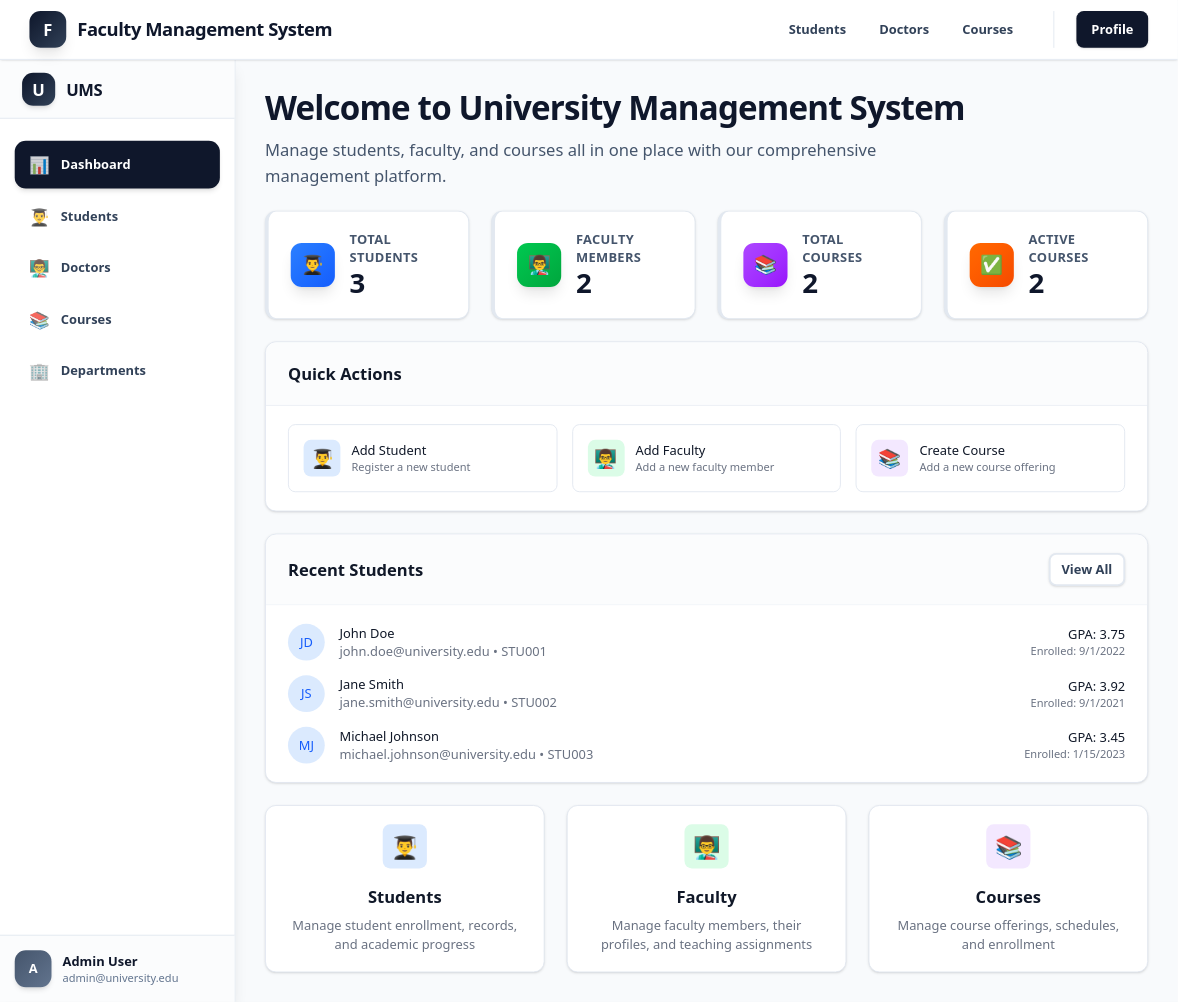
Repository: Mohamedmohsen179/Advanced-DB-Task
Page: / (app in frontend/)
These files come from the project's save history. The page is drawn as it stood at one moment and after the next save; the edit follows.
The browser window is 1280 px wide. The pictures show the whole page, at 92% of full size.
The page's requests for data from a server got no answer. The project was rebuilt for these pictures with package versions that can differ from the ones it lists, and the page was loaded fresh each time. The framework's server and built-in components were replaced by stand-ins that run in the browser. No one was signed in, and anything a server would have sent is missing. Also part of the build but not shown: frontend/next.config.ts.

Above is the page before, as saved 2025-11-28 19:49:20.

### frontend/app/layout.tsx
import type { Metadata } from "next";
import { Geist, Geist_Mono } from "next/font/google";
import "./globals.css";
import MainLayout from "../components/layout/MainLayout";

const geistSans = Geist({
  variable: "--font-geist-sans",
  subsets: ["latin"],
});

const geistMono = Geist_Mono({
  variable: "--font-geist-mono",
  subsets: ["latin"],
});

export const metadata: Metadata = {
  title: "University Management System",
  description: "A comprehensive university management system built with Next.js and TypeScript",
};

export default function RootLayout({
  children,
}: Readonly<{
  children: React.ReactNode;
}>) {
  return (
    <html lang="en">
      <body
        className={`${geistSans.variable} ${geistMono.variable} antialiased`}
      >
        <MainLayout>{children}</MainLayout>
      </body>
    </html>
  );
}

### frontend/app/page.tsx
'use client';

import { useState, useEffect } from 'react';
import Link from 'next/link';
import { Student, CourseWithSchedule } from '../types';
import { apiService } from '../services/api';
import { Card, CardContent, CardHeader } from '../components/ui/Card';
import Button from '../components/ui/Button';

export default function Home() {
  const [stats, setStats] = useState({
    studentsCount: 0,
    doctorsCount: 0,
    coursesCount: 0,
    activeCoursesCount: 0,
  });
  const [recentStudents, setRecentStudents] = useState<Student[]>([]);
  const [loading, setLoading] = useState(true);

  useEffect(() => {
    loadDashboardData();
  }, []);

  const loadDashboardData = async () => {
    try {
      setLoading(true);

      // Load all data in parallel
      const [studentsResponse, doctorsResponse, coursesResponse] = await Promise.all([
        apiService.getStudents(),
        apiService.getDoctors(),
        apiService.getCourses(),
      ]);

      if (studentsResponse.success && doctorsResponse.success && coursesResponse.success) {
        setStats({
          studentsCount: studentsResponse.data.length,
          doctorsCount: doctorsResponse.data.length,
          coursesCount: coursesResponse.data.length,
          activeCoursesCount: coursesResponse.data.filter((course: CourseWithSchedule) => course.status === 'active').length,
        });

        // Get recent students (last 3)
        setRecentStudents(studentsResponse.data.slice(0, 3));
      }
    } catch (err) {
      console.error('Error loading dashboard data:', err);
    } finally {
      setLoading(false);
    }
  };

  if (loading) {
    return (
      <div className="flex items-center justify-center py-12">
        <div className="animate-spin rounded-full h-8 w-8 border-b-2 border-blue-600"></div>
        <span className="ml-2 text-gray-600">Loading dashboard...</span>
      </div>
    );
  }

  return (
    <div className="space-y-6">
      {/* Welcome Header */}
      <div className="text-center lg:text-left">
        <h1 className="text-4xl font-bold text-slate-900 tracking-tight">Welcome to University Management System</h1>
        <p className="mt-3 text-lg text-slate-600 max-w-2xl">
          Manage students, faculty, and courses all in one place with our comprehensive management platform.
        </p>
      </div>

      {/* Stats Cards */}
      <div className="grid grid-cols-1 md:grid-cols-2 lg:grid-cols-4 gap-6">
        <Card className="hover:shadow-lg transition-all duration-300 border-l-4 border-l-blue-500">
          <CardContent className="p-6">
            <div className="flex items-center">
              <div className="flex-shrink-0">
                <div className="w-12 h-12 bg-gradient-to-br from-blue-500 to-blue-600 rounded-xl flex items-center justify-center shadow-lg">
                  <span className="text-white text-xl">👨‍🎓</span>
                </div>
              </div>
              <div className="ml-4">
                <p className="text-sm font-semibold text-slate-600 uppercase tracking-wide">Total Students</p>
                <p className="text-3xl font-bold text-slate-900">{stats.studentsCount}</p>
              </div>
            </div>
          </CardContent>
        </Card>

        <Card className="hover:shadow-lg transition-all duration-300 border-l-4 border-l-green-500">
          <CardContent className="p-6">
            <div className="flex items-center">
              <div className="flex-shrink-0">
                <div className="w-12 h-12 bg-gradient-to-br from-green-500 to-green-600 rounded-xl flex items-center justify-center shadow-lg">
                  <span className="text-white text-xl">👨‍🏫</span>
                </div>
              </div>
              <div className="ml-4">
                <p className="text-sm font-semibold text-slate-600 uppercase tracking-wide">Faculty Members</p>
                <p className="text-3xl font-bold text-slate-900">{stats.doctorsCount}</p>
              </div>
            </div>
          </CardContent>
        </Card>

        <Card className="hover:shadow-lg transition-all duration-300 border-l-4 border-l-purple-500">
          <CardContent className="p-6">
            <div className="flex items-center">
              <div className="flex-shrink-0">
                <div className="w-12 h-12 bg-gradient-to-br from-purple-500 to-purple-600 rounded-xl flex items-center justify-center shadow-lg">
                  <span className="text-white text-xl">📚</span>
                </div>
              </div>
              <div className="ml-4">
                <p className="text-sm font-semibold text-slate-600 uppercase tracking-wide">Total Courses</p>
                <p className="text-3xl font-bold text-slate-900">{stats.coursesCount}</p>
              </div>
            </div>
          </CardContent>
        </Card>

        <Card className="hover:shadow-lg transition-all duration-300 border-l-4 border-l-orange-500">
          <CardContent className="p-6">
            <div className="flex items-center">
              <div className="flex-shrink-0">
                <div className="w-12 h-12 bg-gradient-to-br from-orange-500 to-orange-600 rounded-xl flex items-center justify-center shadow-lg">
                  <span className="text-white text-xl">✅</span>
                </div>
              </div>
              <div className="ml-4">
                <p className="text-sm font-semibold text-slate-600 uppercase tracking-wide">Active Courses</p>
                <p className="text-3xl font-bold text-slate-900">{stats.activeCoursesCount}</p>
              </div>
            </div>
          </CardContent>
        </Card>
      </div>

      {/* Quick Actions */}
      <Card>
        <CardHeader>
          <h2 className="text-lg font-semibold text-gray-900">Quick Actions</h2>
        </CardHeader>
        <CardContent>
          <div className="grid grid-cols-1 md:grid-cols-3 gap-4">
            <Link href="/students/new">
              <div className="p-4 border border-gray-200 rounded-lg hover:bg-gray-50 transition-colors cursor-pointer">
                <div className="flex items-center">
                  <div className="w-10 h-10 bg-blue-100 rounded-lg flex items-center justify-center">
                    <span className="text-blue-600 text-xl">👨‍🎓</span>
                  </div>
                  <div className="ml-3">
                    <h3 className="text-sm font-medium text-gray-900">Add Student</h3>
                    <p className="text-xs text-gray-500">Register a new student</p>
                  </div>
                </div>
              </div>
            </Link>

            <Link href="/doctors/new">
              <div className="p-4 border border-gray-200 rounded-lg hover:bg-gray-50 transition-colors cursor-pointer">
                <div className="flex items-center">
                  <div className="w-10 h-10 bg-green-100 rounded-lg flex items-center justify-center">
                    <span className="text-green-600 text-xl">👨‍🏫</span>
                  </div>
                  <div className="ml-3">
                    <h3 className="text-sm font-medium text-gray-900">Add Faculty</h3>
                    <p className="text-xs text-gray-500">Add a new faculty member</p>
                  </div>
                </div>
              </div>
            </Link>

            <Link href="/courses/new">
              <div className="p-4 border border-gray-200 rounded-lg hover:bg-gray-50 transition-colors cursor-pointer">
                <div className="flex items-center">
                  <div className="w-10 h-10 bg-purple-100 rounded-lg flex items-center justify-center">
                    <span className="text-purple-600 text-xl">📚</span>
                  </div>
                  <div className="ml-3">
                    <h3 className="text-sm font-medium text-gray-900">Create Course</h3>
                    <p className="text-xs text-gray-500">Add a new course offering</p>
                  </div>
                </div>
              </div>
            </Link>
          </div>
        </CardContent>
      </Card>

      {/* Recent Students */}
      {recentStudents.length > 0 && (
        <Card>
          <CardHeader>
            <div className="flex items-center justify-between">
              <h2 className="text-lg font-semibold text-gray-900">Recent Students</h2>
              <Link href="/students">
                <Button variant="outline" size="sm">View All</Button>
              </Link>
            </div>
          </CardHeader>
          <CardContent>
            <div className="space-y-4">
              {recentStudents.map((student) => (
                <div key={student.id} className="flex items-center justify-between">
                  <div className="flex items-center">
                    <div className="flex-shrink-0 h-10 w-10">
                      <div className="h-10 w-10 rounded-full bg-blue-100 flex items-center justify-center">
                        <span className="text-blue-600 font-medium text-sm">
                          {student.firstName.charAt(0)}{student.lastName.charAt(0)}
                        </span>
                      </div>
                    </div>
                    <div className="ml-4">
                      <div className="text-sm font-medium text-gray-900">
                        {student.firstName} {student.lastName}
                      </div>
                      <div className="text-sm text-gray-500">
                        {student.email} • {student.studentId}
                      </div>
                    </div>
                  </div>
                  <div className="text-right">
                    <div className="text-sm text-gray-900">
                      {student.gpa ? `GPA: ${student.gpa.toFixed(2)}` : 'No GPA'}
                    </div>
                    <div className="text-xs text-gray-500">
                      Enrolled: {new Date(student.enrollmentDate).toLocaleDateString()}
                    </div>
                  </div>
                </div>
              ))}
            </div>
          </CardContent>
        </Card>
      )}

      {/* Navigation Cards */}
      <div className="grid grid-cols-1 md:grid-cols-3 gap-6">
        <Link href="/students">
          <Card className="hover:shadow-md transition-shadow cursor-pointer">
            <CardContent className="p-6 text-center">
              <div className="w-12 h-12 bg-blue-100 rounded-lg flex items-center justify-center mx-auto mb-4">
                <span className="text-blue-600 text-2xl">👨‍🎓</span>
              </div>
              <h3 className="text-lg font-semibold text-gray-900 mb-2">Students</h3>
              <p className="text-sm text-gray-500">
                Manage student enrollment, records, and academic progress
              </p>
            </CardContent>
          </Card>
        </Link>

        <Link href="/doctors">
          <Card className="hover:shadow-md transition-shadow cursor-pointer">
            <CardContent className="p-6 text-center">
              <div className="w-12 h-12 bg-green-100 rounded-lg flex items-center justify-center mx-auto mb-4">
                <span className="text-green-600 text-2xl">👨‍🏫</span>
              </div>
              <h3 className="text-lg font-semibold text-gray-900 mb-2">Faculty</h3>
              <p className="text-sm text-gray-500">
                Manage faculty members, their profiles, and teaching assignments
              </p>
            </CardContent>
          </Card>
        </Link>

        <Link href="/courses">
          <Card className="hover:shadow-md transition-shadow cursor-pointer">
            <CardContent className="p-6 text-center">
              <div className="w-12 h-12 bg-purple-100 rounded-lg flex items-center justify-center mx-auto mb-4">
                <span className="text-purple-600 text-2xl">📚</span>
              </div>
              <h3 className="text-lg font-semibold text-gray-900 mb-2">Courses</h3>
              <p className="text-sm text-gray-500">
                Manage course offerings, schedules, and enrollment
              </p>
            </CardContent>
          </Card>
        </Link>
      </div>
    </div>
  );
}

### frontend/app/globals.css
@import "tailwindcss";

:root {
  --background: #fafafa;
  --foreground: #0f172a;
  --primary: #2563eb;
  --primary-foreground: #ffffff;
  --secondary: #f1f5f9;
  --secondary-foreground: #334155;
  --muted: #f8fafc;
  --muted-foreground: #64748b;
  --accent: #f1f5f9;
  --accent-foreground: #0f172a;
  --border: #e2e8f0;
  --input: #ffffff;
  --ring: #2563eb;
  --radius: 0.5rem;
}

@theme inline {
  --color-background: var(--background);
  --color-foreground: var(--foreground);
  --font-sans: var(--font-geist-sans);
  --font-mono: var(--font-geist-mono);
}

@media (prefers-color-scheme: dark) {
  :root {
    --background: #020617;
    --foreground: #f8fafc;
    --primary: #3b82f6;
    --primary-foreground: #f8fafc;
    --secondary: #1e293b;
    --secondary-foreground: #f8fafc;
    --muted: #1e293b;
    --muted-foreground: #94a3b8;
    --accent: #1e293b;
    --accent-foreground: #f8fafc;
    --border: #334155;
    --input: #1e293b;
    --ring: #3b82f6;
  }
}

* {
  border-color: var(--border);
}

body {
  background: var(--background);
  color: var(--foreground);
  font-family: var(--font-sans), system-ui, -apple-system, sans-serif;
  line-height: 1.6;
  -webkit-font-smoothing: antialiased;
  -moz-osx-font-smoothing: grayscale;
}

/* Professional scrollbar */
::-webkit-scrollbar {
  width: 8px;
  height: 8px;
}

::-webkit-scrollbar-track {
  background: var(--muted);
}

::-webkit-scrollbar-thumb {
  background: var(--muted-foreground);
  border-radius: 4px;
}

::-webkit-scrollbar-thumb:hover {
  background: var(--foreground);
}

/* Focus styles */
.focus-visible {
  outline: 2px solid var(--ring);
  outline-offset: 2px;
}

/* Professional shadows */
.shadow-professional {
  box-shadow: 0 1px 3px 0 rgb(0 0 0 / 0.1), 0 1px 2px -1px rgb(0 0 0 / 0.1);
}

.shadow-professional-lg {
  box-shadow: 0 10px 15px -3px rgb(0 0 0 / 0.1), 0 4px 6px -4px rgb(0 0 0 / 0.1);
}

### frontend/components/layout/MainLayout.tsx
'use client';

import { useState } from 'react';
import Navbar from './Navbar';
import Sidebar from './Sidebar';

interface MainLayoutProps {
  children: React.ReactNode;
}

export default function MainLayout({ children }: MainLayoutProps) {
  const [sidebarOpen, setSidebarOpen] = useState(false);

  return (
    <div className="min-h-screen bg-slate-50">
      {/* Navbar */}
      <Navbar />

      <div className="flex">
        {/* Sidebar */}
        <Sidebar
          isOpen={sidebarOpen}
          onClose={() => setSidebarOpen(false)}
        />

        {/* Main Content */}
        <div className="flex-1 lg:ml-0">
          {/* Mobile sidebar toggle */}
          <div className="lg:hidden">
            <button
              onClick={() => setSidebarOpen(true)}
              className="fixed top-20 left-4 z-10 bg-white p-3 rounded-xl shadow-professional border border-slate-200 hover:shadow-professional-lg transition-all duration-200"
            >
              <svg className="w-5 h-5 text-slate-600" fill="none" stroke="currentColor" viewBox="0 0 24 24">
                <path strokeLinecap="round" strokeLinejoin="round" strokeWidth={2} d="M4 6h16M4 12h16M4 18h16" />
              </svg>
            </button>
          </div>

          {/* Page Content */}
          <main className="p-6 lg:p-8">
            <div className="max-w-7xl mx-auto">
              {children}
            </div>
          </main>
        </div>
      </div>
    </div>
  );
}

### frontend/components/ui/Card.tsx
import { HTMLAttributes, forwardRef } from 'react';

interface CardProps extends HTMLAttributes<HTMLDivElement> {
  children: React.ReactNode;
}

const Card = forwardRef<HTMLDivElement, CardProps>(
  ({ className = '', children, ...props }, ref) => {
    return (
      <div
        ref={ref}
        className={`bg-white rounded-xl border border-slate-200 shadow-professional hover:shadow-professional-lg transition-shadow duration-200 ${className}`}
        {...props}
      >
        {children}
      </div>
    );
  }
);

Card.displayName = 'Card';

interface CardHeaderProps extends HTMLAttributes<HTMLDivElement> {
  children: React.ReactNode;
}

const CardHeader = forwardRef<HTMLDivElement, CardHeaderProps>(
  ({ className = '', children, ...props }, ref) => {
    return (
      <div
        ref={ref}
        className={`px-6 py-5 border-b border-slate-200 bg-slate-50/50 rounded-t-xl ${className}`}
        {...props}
      >
        {children}
      </div>
    );
  }
);

CardHeader.displayName = 'CardHeader';

interface CardContentProps extends HTMLAttributes<HTMLDivElement> {
  children: React.ReactNode;
}

const CardContent = forwardRef<HTMLDivElement, CardContentProps>(
  ({ className = '', children, ...props }, ref) => {
    return (
      <div
        ref={ref}
        className={`px-6 py-5 ${className}`}
        {...props}
      >
        {children}
      </div>
    );
  }
);

CardContent.displayName = 'CardContent';

interface CardFooterProps extends HTMLAttributes<HTMLDivElement> {
  children: React.ReactNode;
}

const CardFooter = forwardRef<HTMLDivElement, CardFooterProps>(
  ({ className = '', children, ...props }, ref) => {
    return (
      <div
        ref={ref}
        className={`px-6 py-5 border-t border-slate-200 bg-slate-50 rounded-b-xl ${className}`}
        {...props}
      >
        {children}
      </div>
    );
  }
);

CardFooter.displayName = 'CardFooter';

export { Card, CardHeader, CardContent, CardFooter };

### frontend/components/ui/Button.tsx
import { ButtonHTMLAttributes, forwardRef } from 'react';

interface ButtonProps extends ButtonHTMLAttributes<HTMLButtonElement> {
  variant?: 'primary' | 'secondary' | 'danger' | 'outline';
  size?: 'sm' | 'md' | 'lg';
  loading?: boolean;
}

const Button = forwardRef<HTMLButtonElement, ButtonProps>(
  ({ className = '', variant = 'primary', size = 'md', loading = false, children, disabled, ...props }, ref) => {
    const baseClasses = 'inline-flex items-center justify-center font-semibold rounded-lg transition-all duration-200 focus:outline-none focus:ring-2 focus:ring-offset-2 disabled:opacity-50 disabled:cursor-not-allowed shadow-sm hover:shadow-md active:scale-[0.98]';

    const variantClasses = {
      primary: 'bg-slate-900 text-white hover:bg-slate-800 focus:ring-slate-500 border border-slate-900',
      secondary: 'bg-slate-100 text-slate-900 hover:bg-slate-200 focus:ring-slate-500 border border-slate-200',
      danger: 'bg-red-600 text-white hover:bg-red-700 focus:ring-red-500 border border-red-600',
      outline: 'border-2 border-slate-300 text-slate-700 bg-white hover:bg-slate-50 hover:border-slate-400 focus:ring-slate-500',
    };

    const sizeClasses = {
      sm: 'px-3 py-2 text-sm h-9',
      md: 'px-4 py-2.5 text-sm h-10',
      lg: 'px-6 py-3 text-base h-12',
    };

    return (
      <button
        ref={ref}
        className={`${baseClasses} ${variantClasses[variant]} ${sizeClasses[size]} ${className}`}
        disabled={disabled || loading}
        {...props}
      >
        {loading && (
          <svg className="animate-spin -ml-1 mr-2 h-4 w-4" fill="none" viewBox="0 0 24 24">
            <circle className="opacity-25" cx="12" cy="12" r="10" stroke="currentColor" strokeWidth="4" />
            <path className="opacity-75" fill="currentColor" d="M4 12a8 8 0 018-8V0C5.373 0 0 5.373 0 12h4zm2 5.291A7.962 7.962 0 014 12H0c0 3.042 1.135 5.824 3 7.938l3-2.647z" />
          </svg>
        )}
        {children}
      </button>
    );
  }
);

Button.displayName = 'Button';

export default Button;

Loaded but not shown: frontend/services/api.ts (539 lines, source omitted); frontend/components/layout/Sidebar.tsx (158 lines, source omitted); frontend/components/layout/Navbar.tsx (102 lines, source omitted)

After the next save:
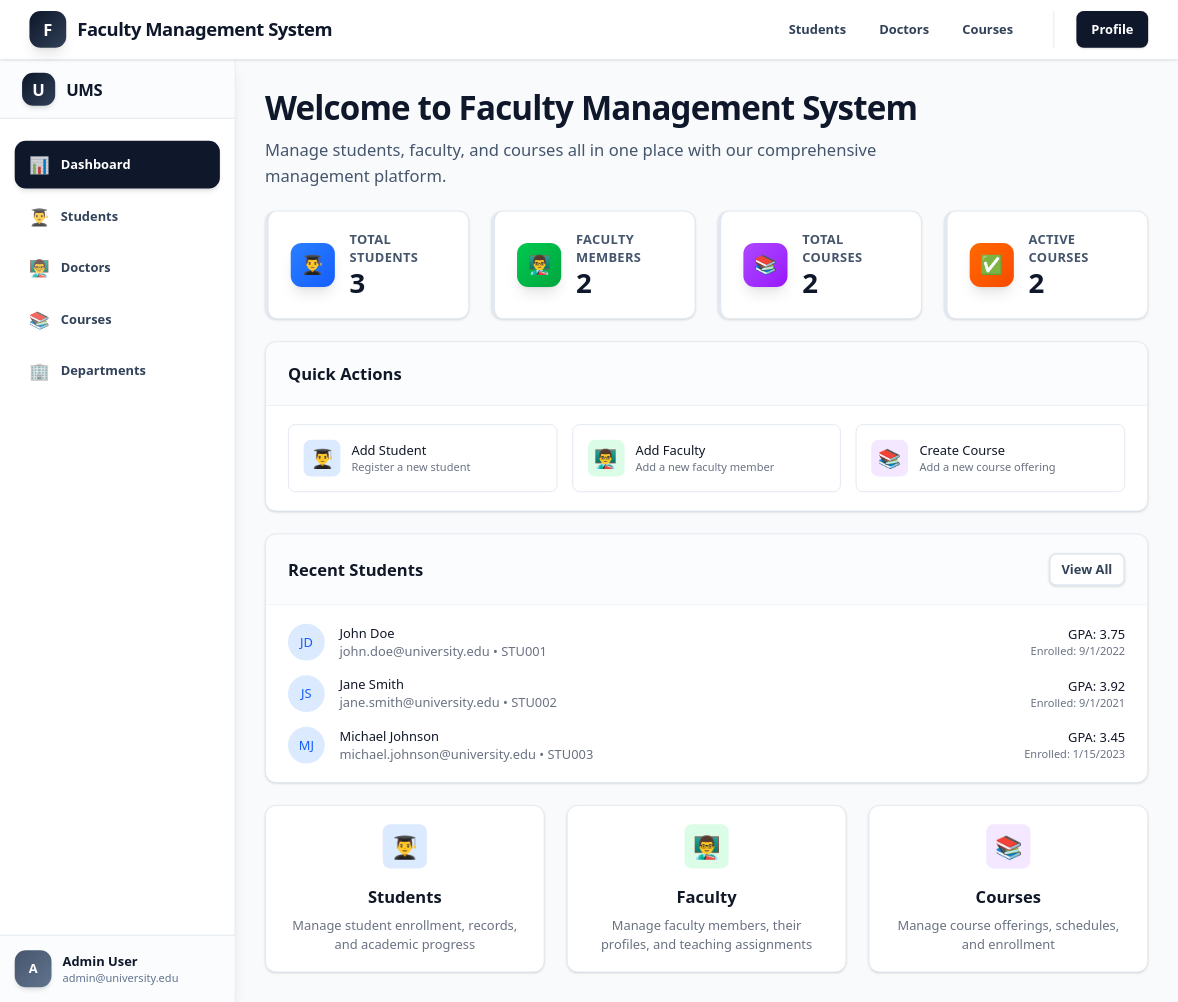
Saved 28 s later.
--- a/frontend/app/page.tsx
+++ b/frontend/app/page.tsx
@@ -63,7 +63,7 @@ export default function Home() {
     <div className="space-y-6">
       {/* Welcome Header */}
       <div className="text-center lg:text-left">
-        <h1 className="text-4xl font-bold text-slate-900 tracking-tight">Welcome to University Management System</h1>
+        <h1 className="text-4xl font-bold text-slate-900 tracking-tight">Welcome to Faculty Management System</h1>
         <p className="mt-3 text-lg text-slate-600 max-w-2xl">
           Manage students, faculty, and courses all in one place with our comprehensive management platform.
         </p>
